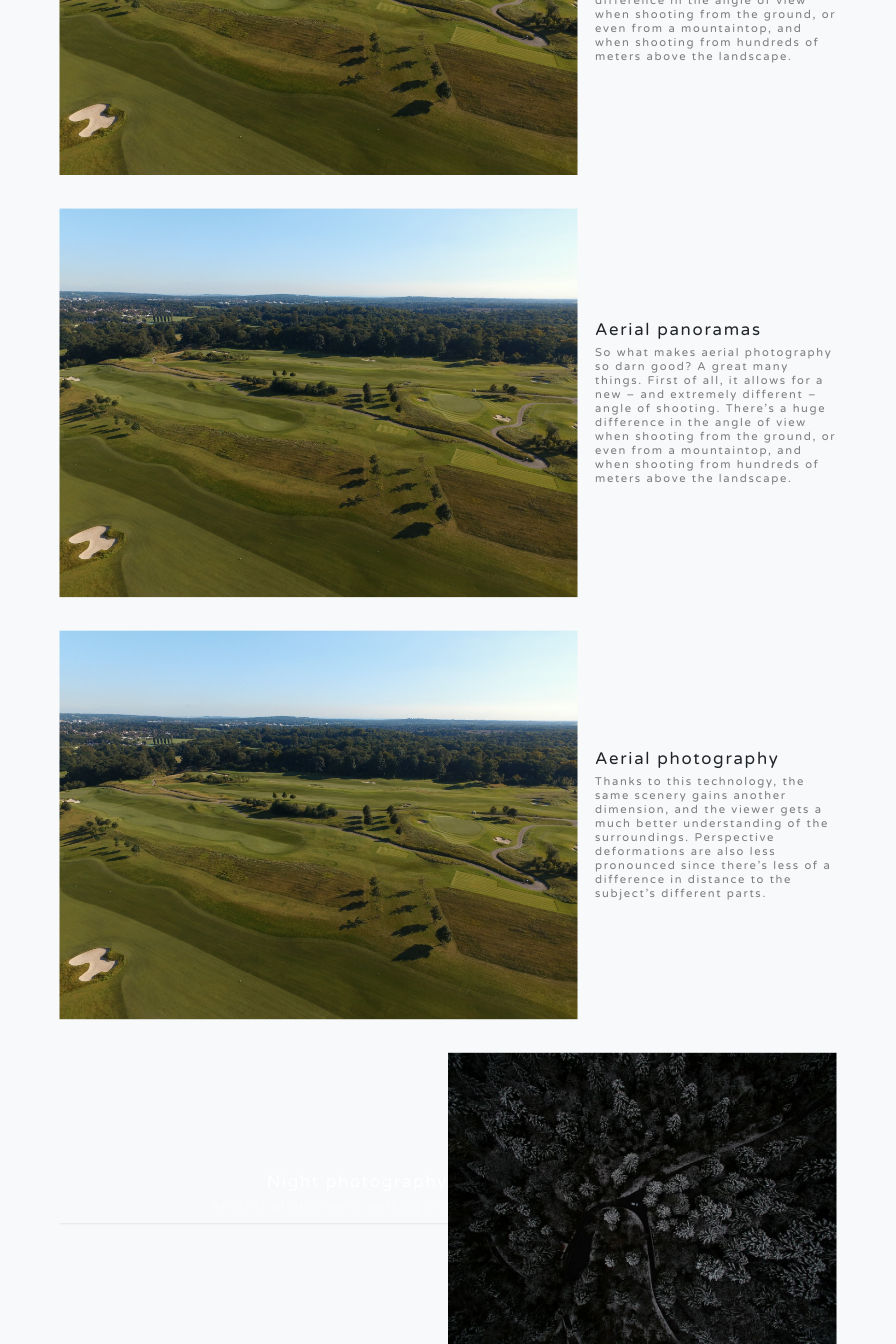
Repository: geoeskel/UCFD-Milestone-Project
Page: index.html
The author's editor kept a record of every edit. The page is drawn from the files as they stood at one moment, then again after the next edit.
The browser window is 1280 px wide. The pictures show the part of the page from y = 2050 to 3970 px (the page is 3970 px tall before and 3899 px after), at 70% of full size.
A picture or video elsewhere on the page could not be fetched, so the positions and the page height are approximate. Some web libraries are served in a nearby version.

Above is the page before.

### index.html
<!DOCTYPE html>
<html lang="en">

<head>
  <meta charset="utf-8">
  <meta name="viewport" content="width=device-width, initial-scale=1, shrink-to-fit=no">
  <title>TG Airview - Aerial Photography</title>
  <link href="css/bootstrap.min.css" rel="stylesheet">
  <link rel="stylesheet" href="https://use.fontawesome.com/releases/v5.1.1/css/all.css" integrity="sha384-O8whS3fhG2OnA5Kas0Y9l3cfpmYjapjI0E4theH4iuMD+pLhbf6JI0jIMfYcK3yZ" crossorigin="anonymous">
  <link href="https://fonts.googleapis.com/css?family=Ubuntu|Varela+Round&display=swap" rel="stylesheet">
  <link href="css/style.css" rel="stylesheet">
</head>

<body id="page-top">

  <!--------------------Navigation-------------------->
  <nav class="navbar navbar-expand-lg navbar-light fixed-top" id="mainNav">
    <div class="container">
      <a class="navbar-brand js-scroll-trigger" href="#page-top">Home</a>
      <button class="navbar-toggler navbar-toggler-right" type="button" data-toggle="collapse" data-target="#navbarResponsive" aria-controls="navbarResponsive" aria-expanded="false" aria-label="Toggle navigation">
        Menu
        <i class="fas fa-bars"></i>
      </button>
      <div class="collapse navbar-collapse" id="navbarResponsive">
        <ul class="navbar-nav ml-auto">
          <li class="nav-item">
            <a class="nav-link js-scroll-trigger" href="#about">About</a>
          </li>
          <li class="nav-item">
            <a class="nav-link js-scroll-trigger" href="#services">Services</a>
          </li>
          <li class="nav-item">
            <a class="nav-link js-scroll-trigger" href="#signup">Contact</a>
          </li>
        </ul>
      </div>
    </div>
  </nav>


  <!--------------------Header-------------------->
  <header class="head-main">
    <div class="overlay"></div>
    <video playsinline="playsinline" autoplay="autoplay" muted="muted" loop="loop">
    <source src="vids/header.mp4" type="video/mp4">
  </video>
    <div class="container h-100">
      <div class="d-flex h-100 text-center align-items-center">
        <div class="w-100 text-white">
          <h1 class="display-3">TG Airview</h1>
          <h2 class="text-white-50 mx-auto mt-2 mb-5">Aerial Photography</h2>
          <a href="#about" class="btn btn-primary js-scroll-trigger">Let's Fly!</a>
        </div>
      </div>
    </div>

  </header>

  <!--------------------About-------------------->
  <section id="about" class="about-section text-center">
    <div class="container">
      <div class="row">
        <div class="col-lg-8 mx-auto">
          <h2 class="text-white mb-4">Our love for flying comes shining through!</h2>
          <p class="text-white-50">We currently work with the world's leading drone company
            <a href="https://www.dji.com/" target="_blank">DJI.</a> We combine their best technology and our design to make our every project special - not just for us but especially for you!</p>
        </div>
      </div>
      <img src="img/about.png" class="img-fluid" alt="">

    </div>
  </section>

  <!--------------------Services-------------------->
  <section id="services" class="projects-section bg-light">
    <div class="container">

      <div class="row align-items-center no-gutters mb-4 mb-lg-5">
        <div class="col-xl-8 col-lg-7">
          <img class="img-fluid mb-3 mb-lg-0" src="img/project-02.jpg" alt="">
        </div>
        <div class="col-xl-4 col-lg-5">
          <div class="featured-text text-center text-lg-left">
            <div class="first-service">
              <h4>Aerial photography</h4>
              <p class="text-black-50 mb-0">So what makes aerial photography so darn good? A great many things. First of all, it allows for a new – and extremely different – angle of shooting. There’s a huge difference in the angle of view when shooting from the ground, or even from
                a mountaintop, and when shooting from hundreds of meters above the landscape.</p>
            </div>
          </div>
        </div>
      </div>

      <div class="row align-items-center no-gutters mb-4 mb-lg-5">
        <div class="col-xl-8 col-lg-7">
          <img class="img-fluid mb-3 mb-lg-0" src="img/project-02.jpg" alt="">
        </div>
        <div class="col-xl-4 col-lg-5">
          <div class="featured-text text-center text-lg-left">
            <div class="first-service">
              <h4>Aerial panoramas</h4>
              <p class="text-black-50 mb-0">So what makes aerial photography so darn good? A great many things. First of all, it allows for a new – and extremely different – angle of shooting. There’s a huge difference in the angle of view when shooting from the ground, or even from
                a mountaintop, and when shooting from hundreds of meters above the landscape.</p>
            </div>
          </div>
        </div>
      </div>

      <div class="row align-items-center no-gutters mb-4 mb-lg-5">
        <div class="col-xl-8 col-lg-7">
          <img class="img-fluid mb-3 mb-lg-0" src="img/project-02.jpg" alt="">
        </div>
        <div class="col-xl-4 col-lg-5">
          <div class="featured-text text-center text-lg-left">
            <div class="first-service">
              <h4>Aerial photography</h4>
              <p class="text-black-50 mb-0">Thanks to this technology, the same scenery gains another dimension, and the viewer gets a much better understanding of the surroundings. Perspective deformations are also less pronounced since there’s less of a difference in distance
                  to the subject’s different parts.</p>
            </div>
          </div>
        </div>
      </div>





      <div class="row justify-content-center no-gutters">
        <div class="col-lg-6">
          <img class="img-fluid" src="img/project-03.jpg" alt="">
        </div>
        <div class="col-lg-6 order-lg-first">
          <div class="bg-black text-center h-100 project">
            <div class="d-flex h-100">
              <div class="project-text w-100 my-auto text-center text-lg-right">
                <h4 class="text-white">Night photography</h4>
                <p class="mb-0 text-white-50">Another project we're working on!</p>
                <hr class="d-none d-lg-block mb-0 mr-0">
              </div>
            </div>
          </div>
        </div>
      </div>

    </div>
  </section>


  <!--------------------Contact-------------------->
  <section id="signup" class="signup-section">
    <div class="container">

    </div>
  </section>


  <section class="contact-section bg-black">
    <div class="container">

      <div class="row">

        <div class="col-md-4 mb-3 mb-md-0">

        </div>

        <div class="col-md-4 mb-3 mb-md-0">

        </div>

        <div class="col-md-4 mb-3 mb-md-0">

        </div>

      </div>



    </div>
  </section>

  <!--------------------Footer-------------------->
  <footer class="bg-black small text-center text-white-50">
    <div class="container">

    </div>
  </footer>

  <script src="libraries/jquery.min.js"></script>
  <script src="libraries/bootstrap.bundle.min.js"></script>
  <script src="libraries/jquery.easing.min.js"></script>
  <script src="libraries/tgairview.min.js"></script>

</body>

</html>

### css/style.css
/* --------------------NAVBAR-------------------- */

#mainNav {
  min-height: 40px;
  background-color: #fff;
}

#mainNav .navbar-toggler {
  font-size: 80%;
  padding: 0.75rem;
  color: #004080;
  border: 1px solid #004080;
}

#mainNav .navbar-toggler:focus {
  outline: none;
}

#mainNav .navbar-brand {
  color: #161616;
  font-weight: 600;
  padding: .7rem 0;
}

#mainNav .navbar-nav .nav-item:hover {
  color: fade(white, 75%);
  outline: none;
  background-color: transparent;
}

#mainNav .navbar-nav .nav-item:active,
#mainNav .navbar-nav .nav-item:focus {
  outline: none;
  background-color: transparent;
}

@media (min-width: 992px) {
  #mainNav {
    padding-top: 0;
    padding-bottom: 0;
    border-bottom: none;
    background-color: transparent;
    transition: background-color 0.35s ease-in-out;
  }
  #mainNav .navbar-brand {
    padding: .5rem 0;
    color: rgba(255, 255, 255, 0.5);
  }
  #mainNav .nav-link {
    transition: none;
    padding: 2rem 1.5rem;
    color: rgba(255, 255, 255, 0.5);
  }
  #mainNav .nav-link:hover {
    color: rgba(255, 255, 255, 0.75);
  }
  #mainNav .nav-link:active {
    color: white;
  }
  #mainNav.navbar-shrink {
    background-color: #ffffff;
  }
  #mainNav.navbar-shrink .navbar-brand {
    color: #161616;
  }
  #mainNav.navbar-shrink .nav-link {
    color: #161616;
    padding: 1.5rem 1.5rem 1.25rem;
    border-bottom: 0.25rem solid transparent;
  }
  #mainNav.navbar-shrink .nav-link:hover {
    color: #161616;
  }
  #mainNav.navbar-shrink .nav-link:active {
    color: #666666;
  }
  #mainNav.navbar-shrink .nav-link.active {
    color: #161616;
    outline: none;
    border-bottom: 0.25rem solid #161616;
  }
}

/* --------------------HEADER-------------------- */

header {
  position: relative;
  background-color: black;
  height: 100vh;
  min-height: 25rem;
  width: 100%;
  overflow: hidden;
}

header video {
  position: absolute;
  top: 50%;
  left: 50%;
  min-width: 100%;
  min-height: 100%;
  width: auto;
  height: auto;
  z-index: 0;
  -ms-transform: translateX(-50%) translateY(-50%);
  -moz-transform: translateX(-50%) translateY(-50%);
  -webkit-transform: translateX(-50%) translateY(-50%);
  transform: translateX(-50%) translateY(-50%);
}

header .container {
  position: relative;
  z-index: 2;
}

header .overlay {
  position: absolute;
  top: 0;
  left: 0;
  height: 100%;
  width: 100%;
  background-color: black;
  opacity: 0.5;
  z-index: 1;
}

.container {
  font-family: 'Ubuntu', sans-serif;
  font-size: 20px;
  line-height: 20px;
  letter-spacing: 0.5rem;

}


.head-main {
  position: relative;
  width: 100%;
  height: auto;
  min-height: 35rem;
  padding: 15rem 0;
  background: linear-gradient(to bottom, rgba(22, 22, 22, 0.3) 0%, rgba(22, 22, 22, 0.7) 75%, #161616 100%), url("../img/bg-head-main.jpg");
  background-position: center;
  background-repeat: no-repeat;
  background-attachment: scroll;
  background-size: cover;
}

.head-main h1 {
  font-family: 'Ubuntu', sans-serif;
  font-size: 2.5rem;
  line-height: 2.5rem;
  letter-spacing: 0.8rem;
  background: -webkit-linear-gradient(rgba(255, 255, 255, 0.7), rgba(255, 255, 255, 0));
  -webkit-text-fill-color: transparent;
  -webkit-background-clip: text;
}

.head-main h2 {
  max-width: 20rem;
  font-size: 1rem;
}

@media (min-width: 768px) {
  .head-main h1 {
    font-size: 4rem;
    line-height: 7rem;
    }
}

@media (min-width: 992px) {
  .head-main {
    height: 100vh;
    padding: 0;
  }
  .head-main h1 {
    font-size: 6.5rem;
    line-height: 6.5rem;
    letter-spacing: 0.8rem;
  }
  .head-main h2 {
    max-width: 30rem;
    font-size: 1.25rem;
  }
}

.btn {
  box-shadow: 0 0.2rem 0.2rem 0 rgba(0, 0, 0, 0.1);
  padding: 0.75rem 1.5rem;
  font-family: 'Varela Round', sans-serif;
  font-size: 80%;
  text-transform: uppercase;
  letter-spacing: .15rem;
  border: 0;
}

.btn-primary {
  background-color: Transparent;
}

.btn-primary:hover {
  background-color: #7f7f7f;
}

.btn-primary:focus {
  background-color: #1a1a1a;
  color: white;
}

.btn-primary:active {
  background-color: #B8B8B8;
}

/* --------------------ABOUT-------------------- */

.about-section {
  padding-top: 10rem;
  background: linear-gradient(to bottom, #161616 0%, rgba(22, 22, 22, 0.9) 75%, rgba(22, 22, 22, 0.8) 100%);
  font-size: 10px;
}

.about-section p {
  margin-bottom: 5rem;
}

.row {
  height: auto;
  font-family: 'Varela Round', sans-serif;
  font-size: 80%;
  letter-spacing: 0.15rem;
  border: 0;
}


.first-service {
  padding-left: 25px;
}

Loaded but not shown: css/bootstrap.min.css (library); libraries/jquery.min.js (library); libraries/bootstrap.bundle.min.js (library); libraries/jquery.easing.min.js (common file); libraries/tgairview.min.js (common file)

After the next edit:
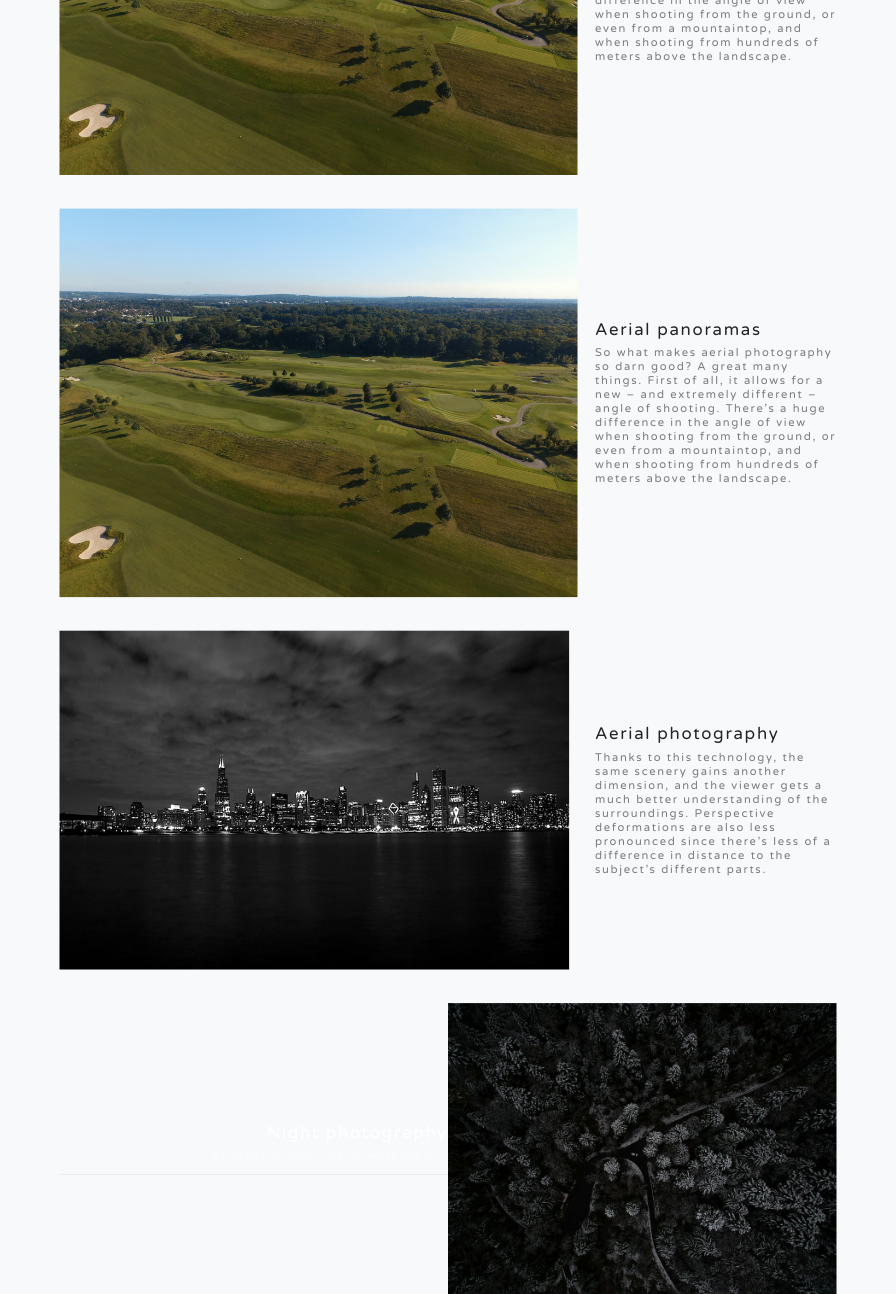
The edit:
--- a/index.html
+++ b/index.html
@@ -107,7 +107,7 @@
 
       <div class="row align-items-center no-gutters mb-4 mb-lg-5">
         <div class="col-xl-8 col-lg-7">
-          <img class="img-fluid mb-3 mb-lg-0" src="img/project-02.jpg" alt="">
+          <img class="img-fluid mb-3 mb-lg-0" src="img/project-01.jpg" alt="">
         </div>
         <div class="col-xl-4 col-lg-5">
           <div class="featured-text text-center text-lg-left">
